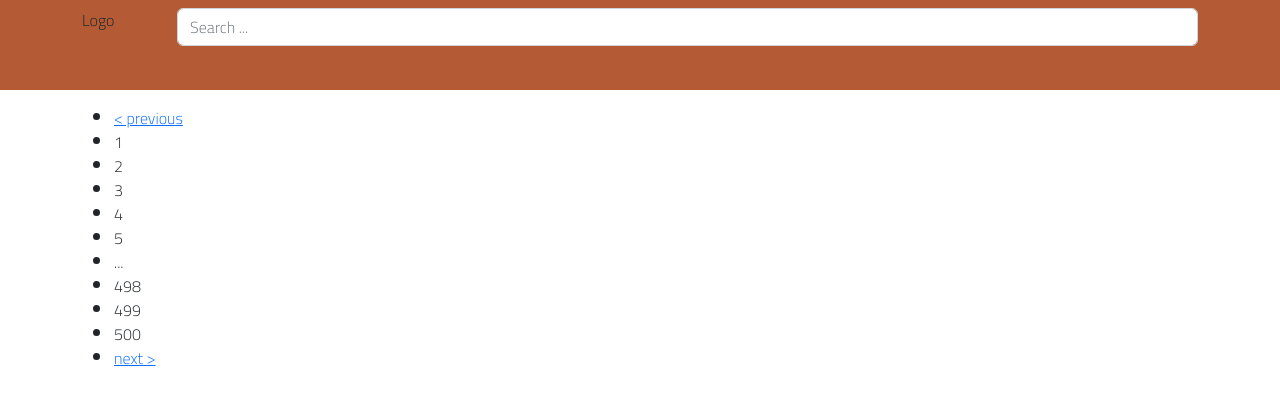
Repository: SD-Mdouka/react-table
Page: /
These files come from the project's save history. The page is drawn as it stood at one moment and after the next save; the edit follows.
The browser window is 1280 px wide. The pictures show the whole page.
The page's requests for data from a server got no answer. The project was rebuilt for these pictures with package versions that can differ from the ones it lists, and the page was loaded fresh each time. No one was signed in, and anything a server would have sent is missing. Also part of the build but not shown: src/react-table-filter/table-list-card/components/CardMovies.tsx.

Above is the page before, as saved 2022-10-16 00:13:12.

After the next save:
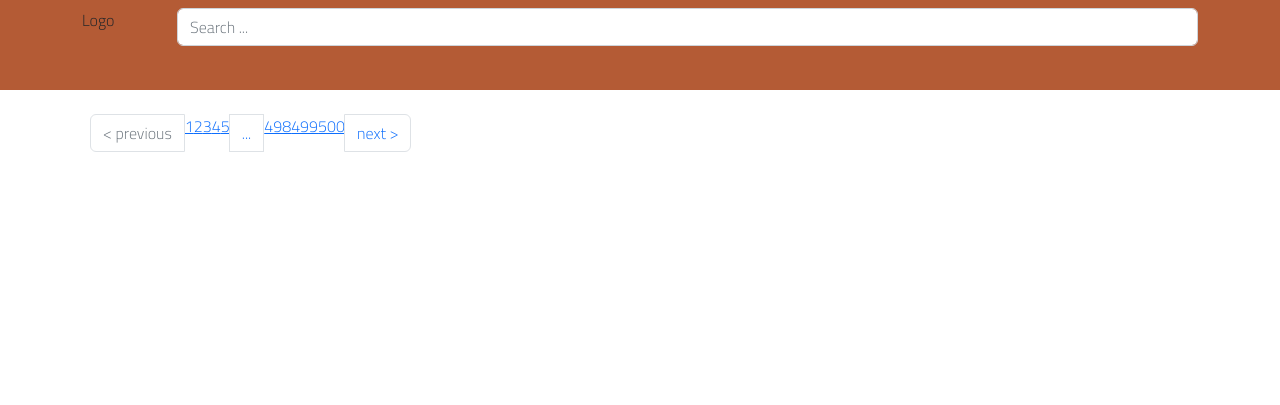
Saved 11 min 15 s later.
--- a/src/react-table-filter/table-list-card/components/Pageination.tsx
+++ b/src/react-table-filter/table-list-card/components/Pageination.tsx
@@ -14,6 +14,15 @@ const Pageination = () => {
         pageRangeDisplayed={5}
         pageCount={pageCount}
         previousLabel="< previous"
+        containerClassName={"pagination justify-content-cneter p-2"}
+        pageClassName={"page-item"}
+        pageLinkClassName={"page-item"}
+        previousClassName={"page-item"}
+        nextClassName={"page-item"}
+        previousLinkClassName={"page-link"}
+        nextLinkClassName={"page-link"}
+        breakClassName={"page-item"}
+        breakLinkClassName={"page-link"}
       />
     </div>
   );
